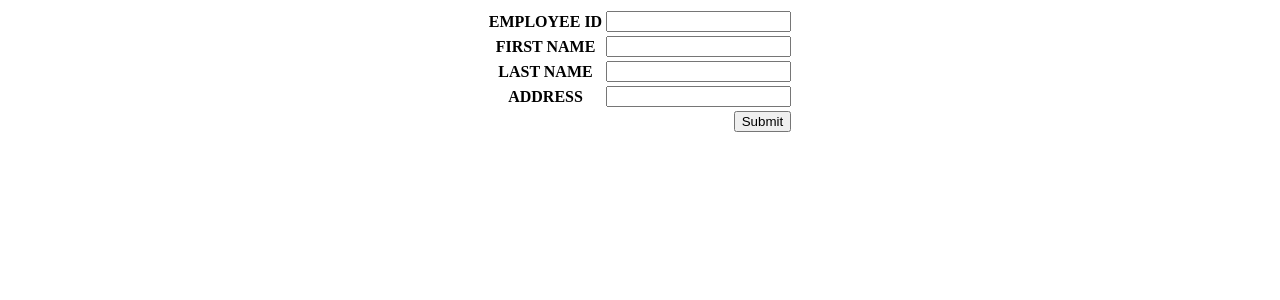
Repository: sumit99kumar/sumit
Page: http://localhost/employeeinfo-war/
These files come from the project's save history. The page is drawn as it stood at one moment and after the next save; the edit follows.
The browser window is 1280 px wide. The pictures show the whole page.
The page is served by Tomcat 9.

Above is the page before, as saved 2018-11-20 06:28:55.

After the next save:
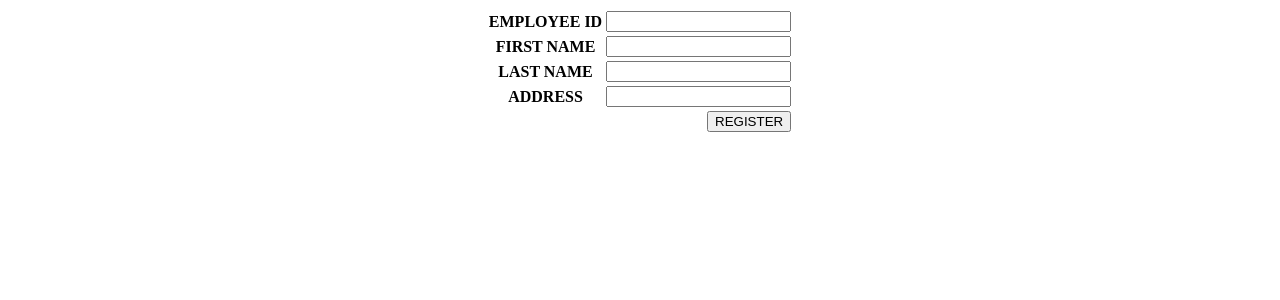
Saved 48 s later.
--- a/java-core/employeeinfo-war/src/main/webapp/EmployeeRegstationPage.jsp
+++ b/java-core/employeeinfo-war/src/main/webapp/EmployeeRegstationPage.jsp
@@ -29,7 +29,7 @@
 				<tr>
 					<th></th>
 					<td style="text-align: right;"><input type="submit"
-						name="REGISTER" /></td>
+						value="REGISTER" /></td>
 				</tr>
 			</table>
 		</form>
